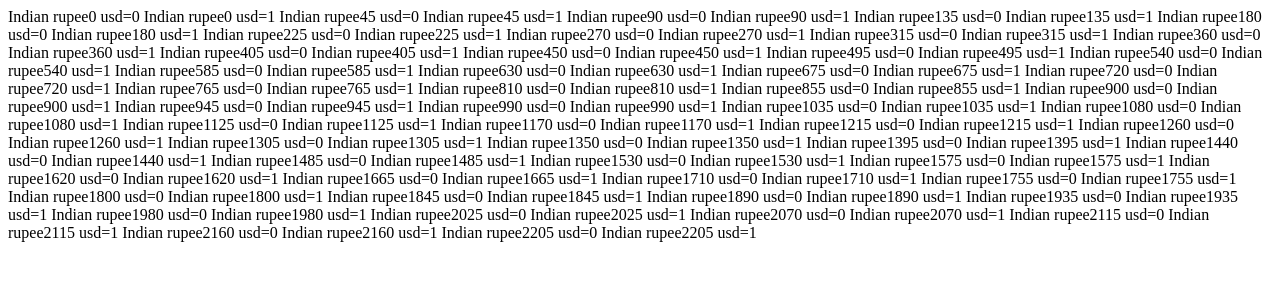
Repository: laikrish/day10
Page: http://localhost/HelloWorld/currency
These files come from the project's save history. The page is drawn as it stood at one moment and after the next save; the edit follows.
The browser window is 1280 px wide. The pictures show the whole page.
The page is served by Tomcat 9. Other server files are loaded and not shown.

Above is the page before, as saved 2018-09-06 04:32:44.

### HelloWorld/src/com/capgemini/controller/CurrencyConverterServlet.java
package com.capgemini.controller;

import java.io.IOException;
import java.io.PrintWriter;

import javax.servlet.ServletException;
import javax.servlet.annotation.WebServlet;
import javax.servlet.http.HttpServlet;
import javax.servlet.http.HttpServletRequest;
import javax.servlet.http.HttpServletResponse;

@WebServlet("/currency")
public class CurrencyConverterServlet extends HttpServlet {
	private static final long serialVersionUID = 1L;

    public CurrencyConverterServlet() {
        super();

    }


	protected void doGet(HttpServletRequest request, HttpServletResponse response) throws ServletException, IOException {
		response.setContentType("text/html");
		PrintWriter out=response.getWriter();
		for(int i=0;i<50;i++) {
			for(int j=0;j<2;j++) {
				out.println("Indian rupee" +i*45);
				out.println("usd=" +j);
			}
		}
	}

}

After the next save:
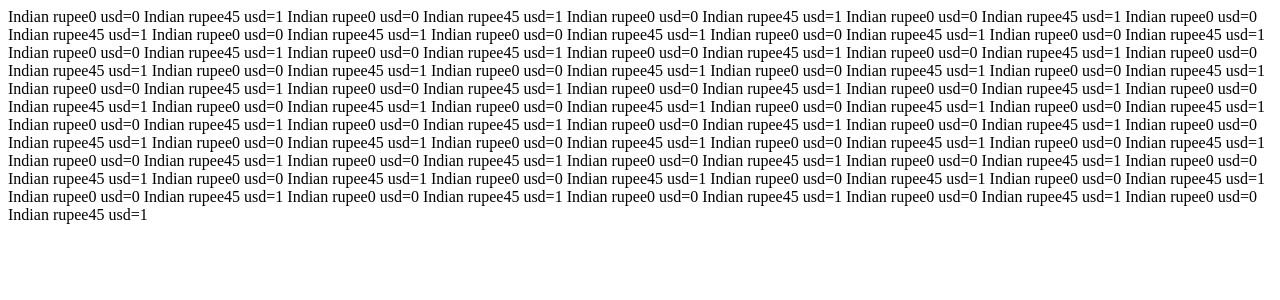
Saved 4 min 24 s later.
--- a/HelloWorld/src/com/capgemini/controller/CurrencyConverterServlet.java
+++ b/HelloWorld/src/com/capgemini/controller/CurrencyConverterServlet.java
@@ -24,7 +24,7 @@ public class CurrencyConverterServlet extends HttpServlet {
 		PrintWriter out=response.getWriter();
 		for(int i=0;i<50;i++) {
 			for(int j=0;j<2;j++) {
-				out.println("Indian rupee" +i*45);
+				out.println("Indian rupee" +j*45);
 				out.println("usd=" +j);
 			}
 		}
